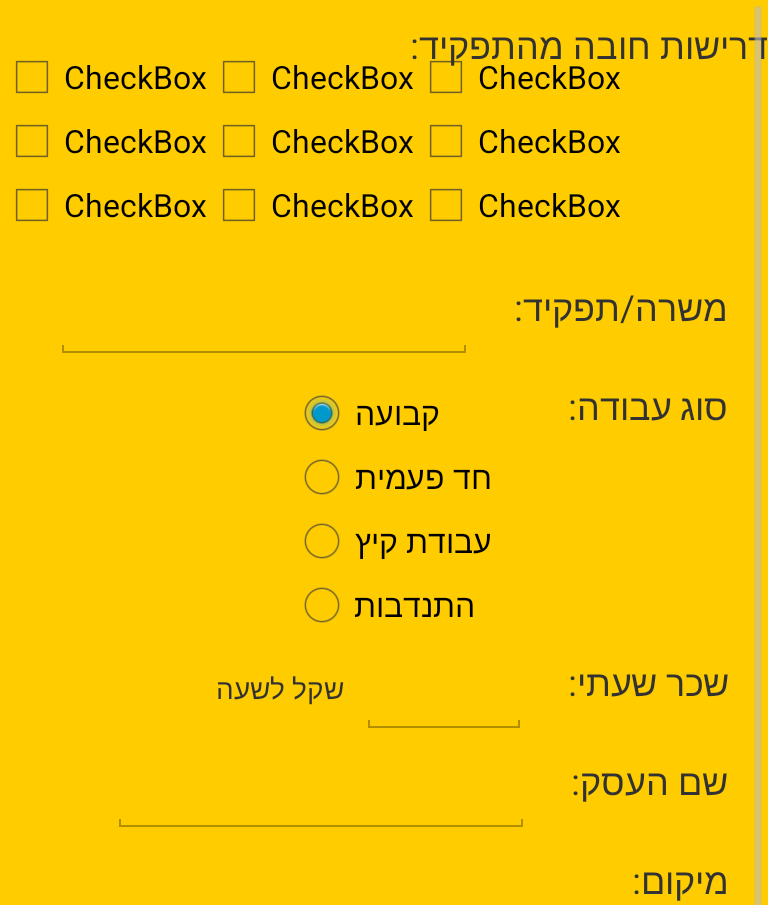
Repository: rodi055/jobli
Layout: Jobli/res/layout/fragment_create_job.xml
An editor plug-in stored every save of this project. The layout is shown before and after the next save, followed by the edit.
The pictures show rows 0 to 905 of an output 1280 px tall.
Pictures or frames that could not be fetched are drawn as grey boxes. It is drawn on a 768 x 1280 px phone screen (xhdpi) without system bars, with theme AppTheme; the app's code is not run. The app's manifest (not shown) leaves right-to-left support off. So textAlignment, textDirection and layoutDirection are ignored, and left and right values win over start and end ones.

Above is the layout before, as saved 2015-01-03 12:38:16.

### Jobli/res/layout/fragment_create_job.xml
<?xml version="1.0" encoding="utf-8"?>
<LinearLayout xmlns:android="http://schemas.android.com/apk/res/android"
    android:layout_width="match_parent"
    android:layout_height="match_parent"
    android:background="#FFCC00"
    android:orientation="vertical" >

    <ScrollView
        android:layout_width="match_parent"
        android:layout_height="wrap_content" >

        <LinearLayout
            android:layout_width="match_parent"
            android:layout_height="wrap_content"
            android:orientation="vertical" >

            <RelativeLayout
                android:layout_width="wrap_content"
                android:layout_height="0dp"
                android:layout_weight="0.56"
                  android:layout_marginTop="10dp" >

                <TextView
                    android:id="@+id/textView10"
                    android:layout_width="wrap_content"
                    android:layout_height="wrap_content"
                    android:layout_alignParentEnd="true"
                    android:layout_alignParentRight="true"
                    android:layout_alignParentTop="true"
                    android:text="דרישות חובה מהתפקיד:"
                    android:textSize="18sp" />

                <TableLayout
                    android:id="@+id/table3"
                    android:layout_width="wrap_content"
                    android:layout_height="wrap_content"
                    android:layout_centerVertical="true"
                    android:layout_toEndOf="@+id/table2"
                    android:layout_toRightOf="@+id/table2" >

                    <TableRow
                        android:id="@+id/tableRow21"
                        android:layout_width="wrap_content"
                        android:layout_height="wrap_content" >

                        <CheckBox
                            android:id="@+id/checkBox22"
                            android:layout_width="wrap_content"
                            android:layout_height="wrap_content"
                            android:text="CheckBox" />
                    </TableRow>

                    <TableRow
                        android:id="@+id/tableRow22"
                        android:layout_width="wrap_content"
                        android:layout_height="wrap_content" >

                        <CheckBox
                            android:id="@+id/checkBox23"
                            android:layout_width="wrap_content"
                            android:layout_height="wrap_content"
                            android:text="CheckBox" />
                    </TableRow>

                    <TableRow
                        android:id="@+id/tableRow23"
                        android:layout_width="wrap_content"
                        android:layout_height="wrap_content" >

                        <CheckBox
                            android:id="@+id/checkBox24"
                            android:layout_width="wrap_content"
                            android:layout_height="wrap_content"
                            android:text="CheckBox" />
                    </TableRow>

                    <TableRow
                        android:id="@+id/tableRow24"
                        android:layout_width="wrap_content"
                        android:layout_height="wrap_content" >
                    </TableRow>
                </TableLayout>

                <TableLayout
                    android:id="@+id/table2"
                    android:layout_width="wrap_content"
                    android:layout_height="wrap_content"
                    android:layout_centerVertical="true"
                    android:layout_toEndOf="@+id/table1"
                    android:layout_toRightOf="@+id/table1" >

                    <TableRow
                        android:id="@+id/tableRow41"
                        android:layout_width="wrap_content"
                        android:layout_height="wrap_content" >

                        <CheckBox
                            android:id="@+id/checkBox2"
                            android:layout_width="wrap_content"
                            android:layout_height="wrap_content"
                            android:text="CheckBox" />
                    </TableRow>

                    <TableRow
                        android:id="@+id/tableRow2"
                        android:layout_width="wrap_content"
                        android:layout_height="wrap_content" >

                        <CheckBox
                            android:id="@+id/checkBox42"
                            android:layout_width="wrap_content"
                            android:layout_height="wrap_content"
                            android:text="CheckBox" />
                    </TableRow>

                    <TableRow
                        android:id="@+id/tableRow3"
                        android:layout_width="wrap_content"
                        android:layout_height="wrap_content" >

                        <CheckBox
                            android:id="@+id/checkBox4"
                            android:layout_width="wrap_content"
                            android:layout_height="wrap_content"
                            android:text="CheckBox" />
                    </TableRow>

                    <TableRow
                        android:id="@+id/tableRow4"
                        android:layout_width="wrap_content"
                        android:layout_height="wrap_content" >
                    </TableRow>
                </TableLayout>

                <TableLayout
                    android:id="@+id/table1"
                    android:layout_width="wrap_content"
                    android:layout_height="wrap_content"
                    android:layout_below="@+id/textView10"
                    android:layout_centerVertical="true" >

                    <TableRow
                        android:id="@+id/tableRow11"
                        android:layout_width="wrap_content"
                        android:layout_height="wrap_content" >

                        <CheckBox
                            android:id="@+id/checkBox12"
                            android:layout_width="wrap_content"
                            android:layout_height="wrap_content"
                            android:text="CheckBox" />
                    </TableRow>

                    <TableRow
                        android:id="@+id/tableRow12"
                        android:layout_width="wrap_content"
                        android:layout_height="wrap_content" >

                        <CheckBox
                            android:id="@+id/checkBox13"
                            android:layout_width="wrap_content"
                            android:layout_height="wrap_content"
                            android:text="CheckBox" />
                    </TableRow>

                    <TableRow
                        android:id="@+id/tableRow13"
                        android:layout_width="wrap_content"
                        android:layout_height="wrap_content" >

                        <CheckBox
                            android:id="@+id/checkBox14"
                            android:layout_width="wrap_content"
                            android:layout_height="wrap_content"
                            android:text="CheckBox" />
                    </TableRow>

                    <TableRow
                        android:id="@+id/tableRow14"
                        android:layout_width="wrap_content"
                        android:layout_height="wrap_content" >
                    </TableRow>
                </TableLayout>
            </RelativeLayout>

            <RelativeLayout
                android:layout_width="wrap_content"
                android:layout_height="wrap_content"
                android:layout_marginTop="10dp" >

                <TextView
                    android:id="@+id/textView1"
                    android:layout_width="wrap_content"
                    android:layout_height="wrap_content"
                    android:layout_alignParentEnd="true"
                    android:layout_alignParentRight="true"
                    android:layout_alignParentTop="true"
                    android:layout_marginEnd="20dp"
                    android:layout_marginRight="20dp"
                    android:text="משרה/תפקיד:"
                    android:textSize="18sp" />

                <EditText
                    android:id="@+id/editText1"
                    android:layout_width="wrap_content"
                    android:layout_height="wrap_content"
                    android:layout_alignTop="@+id/textView1"
                    android:layout_marginEnd="20dp"
                    android:layout_marginRight="20dp"
                    android:layout_toLeftOf="@+id/textView1"
                    android:layout_toStartOf="@+id/textView1"
                    android:ems="10"
                    android:inputType="text"
                    android:maxLines="1" />
            </RelativeLayout>

            <RelativeLayout
                android:layout_width="wrap_content"
                android:layout_height="wrap_content"
                android:layout_marginTop="10dp" >

                <TextView
                    android:id="@+id/textView2"
                    android:layout_width="wrap_content"
                    android:layout_height="wrap_content"
                    android:layout_alignParentEnd="true"
                    android:layout_alignParentRight="true"
                    android:layout_alignParentTop="true"
                    android:layout_marginEnd="20dp"
                    android:layout_marginRight="20dp"
                    android:text="סוג עבודה:"
                    android:textSize="18sp" />

                <RadioGroup
                    android:id="@+id/radioGroup1"
                    android:layout_width="wrap_content"
                    android:layout_height="wrap_content"
                    android:layout_alignParentTop="true"
                    android:layout_marginEnd="38dp"
                    android:layout_marginRight="38dp"
                    android:layout_toLeftOf="@+id/textView2" >

                    <RadioButton
                        android:id="@+id/radio0"
                        android:layout_width="wrap_content"
                        android:layout_height="wrap_content"
                        android:checked="true"
                        android:text="קבועה" />

                    <RadioButton
                        android:id="@+id/radio1"
                        android:layout_width="wrap_content"
                        android:layout_height="wrap_content"
                        android:text="חד פעמית" />

                    <RadioButton
                        android:id="@+id/radio2"
                        android:layout_width="wrap_content"
                        android:layout_height="wrap_content"
                        android:text="עבודת קיץ" />

                    <RadioButton
                        android:id="@+id/radio3"
                        android:layout_width="wrap_content"
                        android:layout_height="wrap_content"
                        android:text="התנדבות" />
                </RadioGroup>
            </RelativeLayout>

            <RelativeLayout
                android:layout_width="wrap_content"
                android:layout_height="wrap_content"
                android:layout_marginTop="10dp" >

                <TextView
                    android:id="@+id/textView8"
                    android:layout_width="wrap_content"
                    android:layout_height="wrap_content"
                    android:layout_alignParentEnd="true"
                    android:layout_alignParentRight="true"
                    android:layout_alignParentTop="true"
                    android:layout_marginEnd="20dp"
                    android:layout_marginRight="20dp"
                    android:text="שכר שעתי:"
                    android:textSize="18sp" />

                <EditText
                    android:id="@+id/editText8"
                    android:layout_width="wrap_content"
                    android:layout_height="wrap_content"
                    android:layout_alignTop="@+id/textView8"
                    android:layout_marginEnd="20dp"
                    android:layout_marginRight="20dp"
                    android:layout_toLeftOf="@+id/textView8"
                    android:ems="4"
                    android:inputType="numberDecimal"
                    android:maxLines="1"
                    android:singleLine="true" />

                <TextView
                    android:id="@+id/textView9"
                    android:layout_width="wrap_content"
                    android:layout_height="wrap_content"
                    android:layout_alignBottom="@+id/textView8"
                    android:layout_marginRight="8dp"
                    android:layout_toLeftOf="@+id/editText8"
                    android:text="שקל לשעה" />
            </RelativeLayout>

            <RelativeLayout
                android:layout_width="wrap_content"
                android:layout_height="wrap_content"
                android:layout_marginTop="10dp" >

                <TextView
                    android:id="@+id/textView3"
                    android:layout_width="wrap_content"
                    android:layout_height="wrap_content"
                    android:layout_alignParentEnd="true"
                    android:layout_alignParentRight="true"
                    android:layout_alignParentTop="true"
                    android:layout_marginEnd="20dp"
                    android:layout_marginRight="20dp"
                    android:text="שם העסק:"
                    android:textSize="18sp" />

                <EditText
                    android:id="@+id/editText3"
                    android:layout_width="wrap_content"
                    android:layout_height="wrap_content"
                    android:layout_alignTop="@+id/textView3"
                    android:layout_marginEnd="20dp"
                    android:layout_marginRight="20dp"
                    android:layout_toLeftOf="@+id/textView3"
                    android:ems="10"
                    android:maxLines="1"
                    android:singleLine="true" />
            </RelativeLayout>

            <RelativeLayout
                android:layout_width="wrap_content"
                android:layout_height="wrap_content"
                android:layout_marginTop="10dp" >

                <TextView
                    android:id="@+id/textView4"
                    android:layout_width="wrap_content"
                    android:layout_height="wrap_content"
                    android:layout_alignParentEnd="true"
                    android:layout_alignParentRight="true"
                    android:layout_alignParentTop="true"
                    android:layout_marginEnd="20dp"
                    android:layout_marginRight="20dp"
                    android:text="מיקום:"
                    android:textSize="18sp" />
            </RelativeLayout>

            <fragment
                android:id="@+id/My_map"
                android:layout_width="match_parent"
                android:layout_height="120dp"
                android:layout_marginBottom="20dp"
                class="com.google.android.gms.maps.MapFragment" />

            <RelativeLayout
                android:layout_width="wrap_content"
                android:layout_height="wrap_content"
                android:layout_marginTop="10dp" >

                <TextView
                    android:id="@+id/textView5"
                    android:layout_width="wrap_content"
                    android:layout_height="wrap_content"
                    android:layout_alignParentEnd="true"
                    android:layout_alignParentRight="true"
                    android:layout_alignParentTop="true"
                    android:layout_marginEnd="20dp"
                    android:layout_marginRight="20dp"
                    android:text="שם איש קשר:"
                    android:textSize="18sp" />

                <EditText
                    android:id="@+id/editText5"
                    android:layout_width="wrap_content"
                    android:layout_height="wrap_content"
                    android:layout_alignTop="@+id/textView5"
                    android:layout_marginEnd="20dp"
                    android:layout_marginRight="20dp"
                    android:layout_toLeftOf="@+id/textView5"
                    android:layout_toStartOf="@+id/textView5"
                    android:ems="10"
                    android:inputType="textPersonName"
                    android:maxLines="1"
                    android:singleLine="true" />
            </RelativeLayout>

            <RelativeLayout
                android:layout_width="wrap_content"
                android:layout_height="wrap_content"
                android:layout_marginTop="10dp" >

                <TextView
                    android:id="@+id/textView6"
                    android:layout_width="wrap_content"
                    android:layout_height="wrap_content"
                    android:layout_alignParentEnd="true"
                    android:layout_alignParentRight="true"
                    android:layout_alignParentTop="true"
                    android:layout_marginEnd="20dp"
                    android:layout_marginRight="20dp"
                    android:text="איימיל:"
                    android:textSize="18sp" />

                <EditText
                    android:id="@+id/editText6"
                    android:layout_width="wrap_content"
                    android:layout_height="wrap_content"
                    android:layout_alignTop="@+id/textView6"
                    android:layout_marginEnd="20dp"
                    android:layout_marginRight="20dp"
                    android:layout_toLeftOf="@+id/textView6"
                    android:layout_toStartOf="@+id/textView6"
                    android:ems="10"
                    android:inputType="textEmailAddress"
                    android:maxLines="1"
                    android:singleLine="true" />
            </RelativeLayout>

            <RelativeLayout
                android:layout_width="wrap_content"
                android:layout_height="wrap_content"
                android:layout_marginTop="10dp"
                android:contentDescription="@android:string/emptyPhoneNumber" >

                <TextView
                    android:id="@+id/textView7"
                    android:layout_width="wrap_content"
                    android:layout_height="wrap_content"
                    android:layout_alignParentEnd="true"
                    android:layout_alignParentRight="true"
                    android:layout_alignParentTop="true"
                    android:layout_marginEnd="20dp"
                    android:layout_marginRight="20dp"
                    android:text="מספר טלפון:"
                    android:textSize="18sp" />

                <EditText
                    android:id="@+id/editText7"
                    android:layout_width="wrap_content"
                    android:layout_height="wrap_content"
                    android:layout_alignTop="@+id/textView7"
                    android:layout_marginEnd="20dp"
                    android:layout_marginRight="20dp"
                    android:layout_toLeftOf="@+id/textView7"
                    android:layout_toStartOf="@+id/textView7"
                    android:ems="10"
                    android:inputType="phone"
                    android:maxLines="1"
                    android:singleLine="true" />

                <CheckBox
                    android:id="@+id/checkBox1"
                    android:layout_width="wrap_content"
                    android:layout_height="wrap_content"
                    android:layout_alignParentRight="true"
                    android:layout_below="@id/textView7"
                    android:text="אל תציג מספר טלפון"
                    android:textSize="12sp" />
            </RelativeLayout>
        </LinearLayout>
    </ScrollView>

</LinearLayout>

Loaded but not shown: Jobli/res/values/styles.xml (common file); Jobli/res/values-v11/styles.xml (common file); Jobli/res/values-v14/styles.xml (common file)

After the next save:
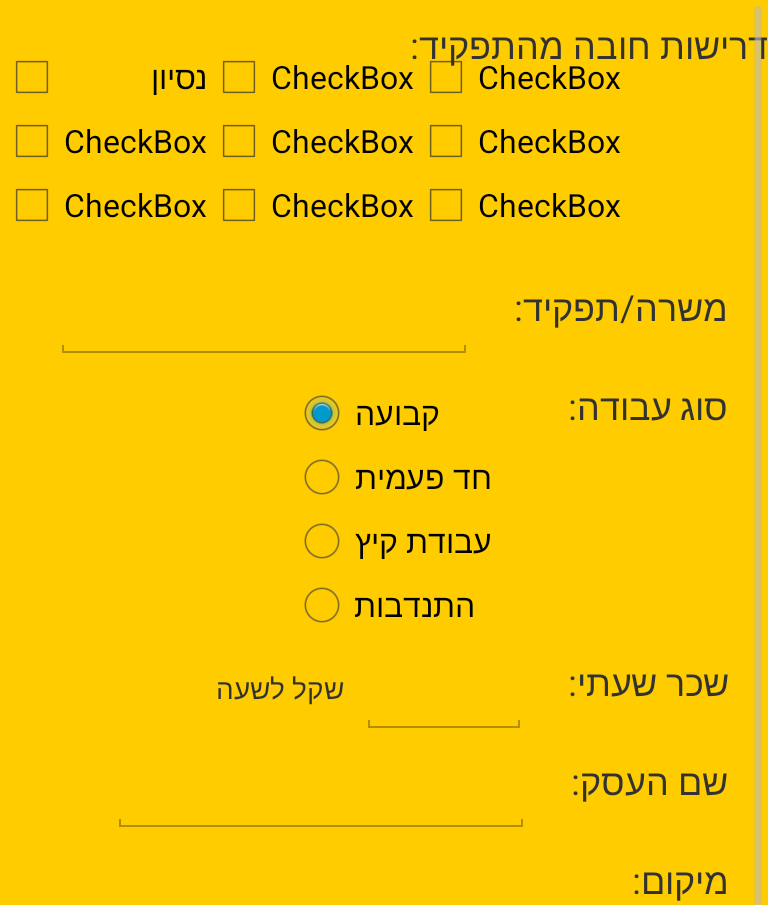
Saved 19 s later.
--- a/Jobli/res/layout/fragment_create_job.xml
+++ b/Jobli/res/layout/fragment_create_job.xml
@@ -148,7 +148,7 @@
                             android:id="@+id/checkBox12"
                             android:layout_width="wrap_content"
                             android:layout_height="wrap_content"
-                            android:text="CheckBox" />
+                            android:text="נסיון" />
                     </TableRow>
 
                     <TableRow
